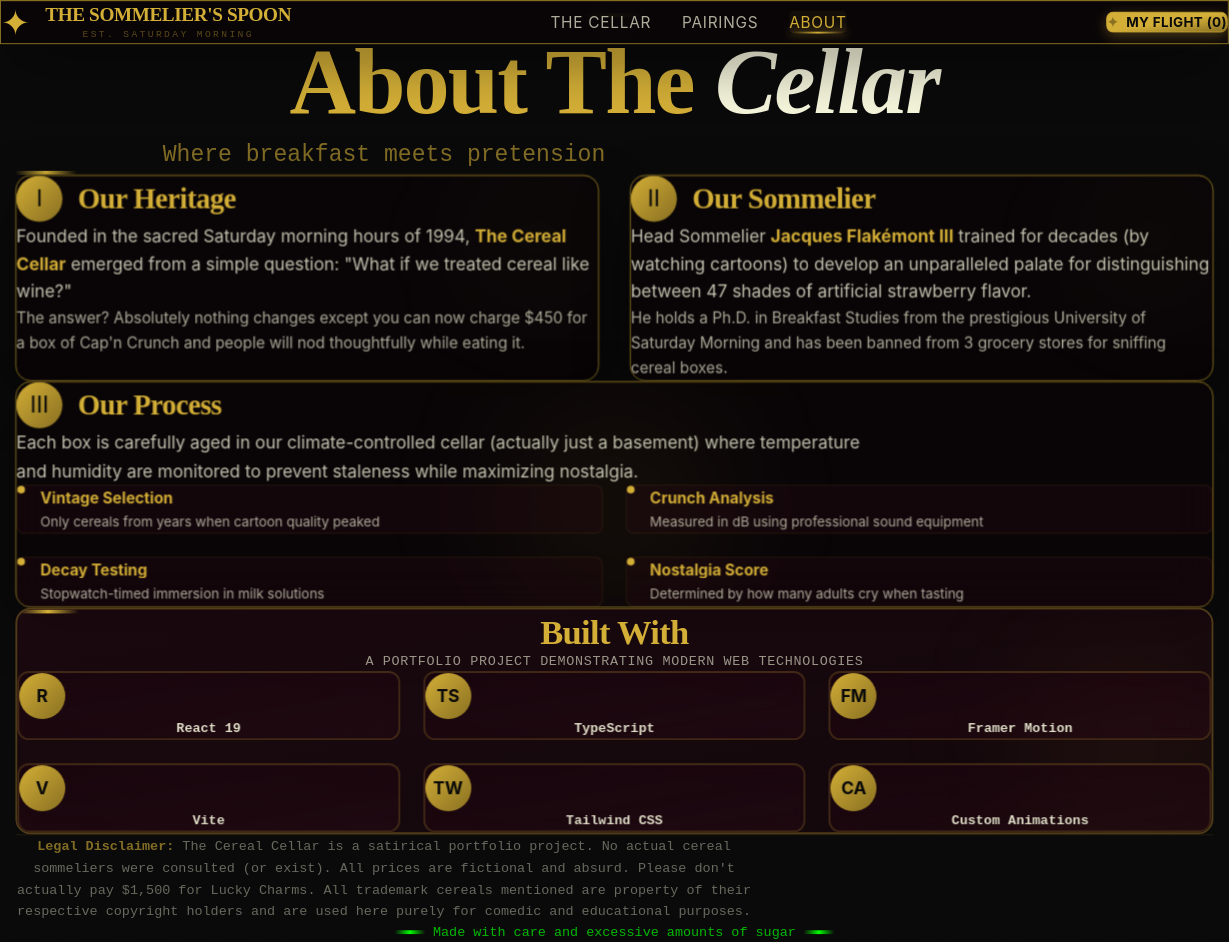
Repository: forbiddenlink/cereal-tasting
Page: /, after clicking the first element matching `div.hidden > :nth-child(3)`
These files come from the project's save history. The page is drawn as it stood at one moment and after the next save; the edit follows.
The browser window is 1280 px wide. The pictures show the whole page, at 96% of full size.
The project was rebuilt for these pictures with package versions that can differ from the ones it lists, and the page was loaded fresh each time. Also part of the build but not shown: vite.config.ts, src/data/milks.ts, src/components/MilkSelector.tsx, src/components/PairingCard.tsx, src/pages/PairingGuide.tsx, src/components/FloatingCart.tsx.

Above is the page before, as saved 2026-01-27 18:48:57.

After the next save:
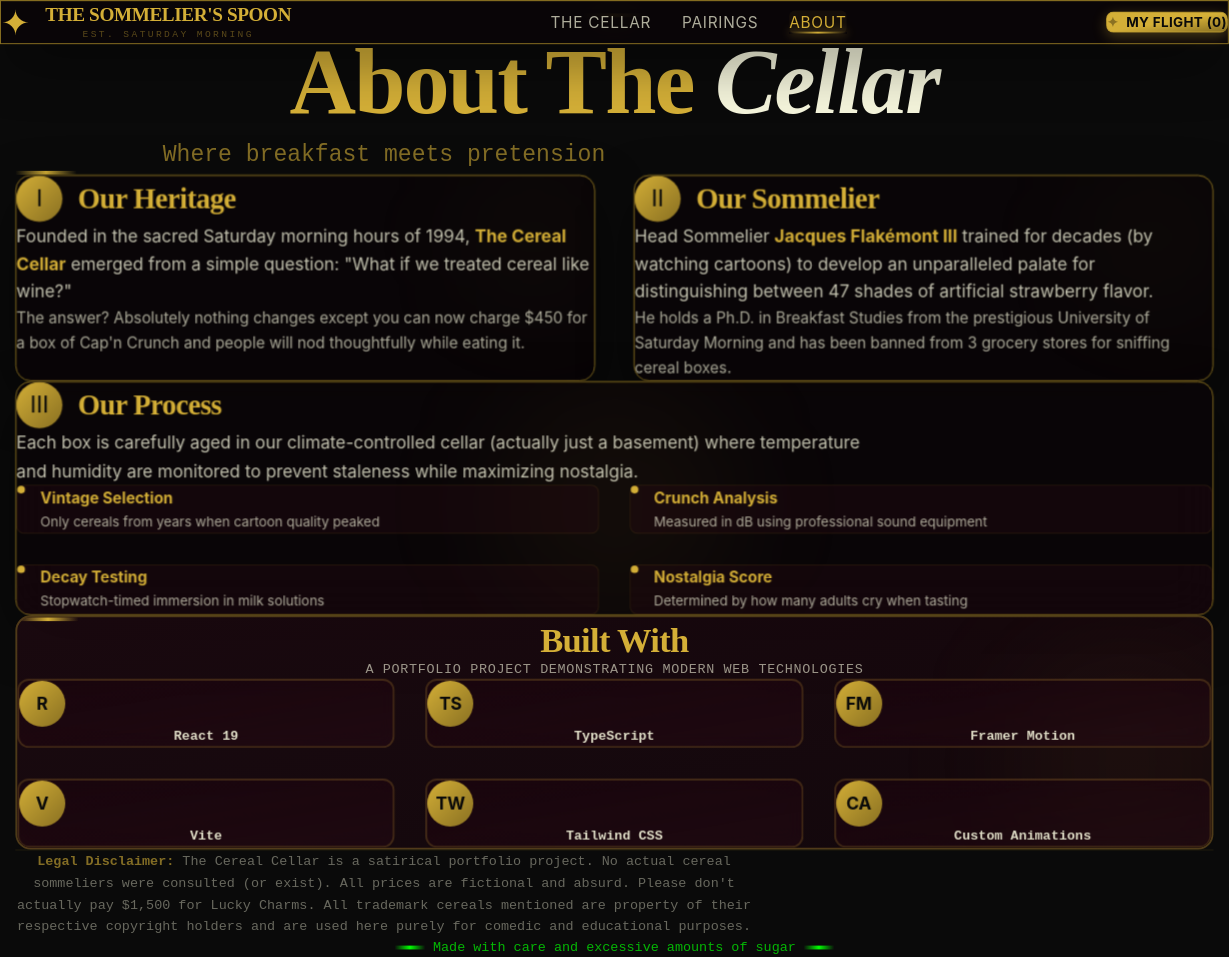
Saved 91 s later.
--- a/src/pages/About.tsx
+++ b/src/pages/About.tsx
@@ -25,7 +25,7 @@
                 </motion.div>
 
                 {/* Story Sections */}
-                <div className="grid grid-cols-1 lg:grid-cols-2 gap-8 mb-16">
+                <div className="grid grid-cols-1 lg:grid-cols-2 gap-10 mb-16">
                     {/* Section 1 - Heritage */}
                     <motion.div
                         initial={{ opacity: 0, y: 30 }}
@@ -102,7 +102,7 @@
                             Each box is carefully aged in our climate-controlled cellar (actually just a basement)
                             where temperature and humidity are monitored to prevent staleness while maximizing nostalgia.
                         </p>
-                        <div className="grid grid-cols-1 md:grid-cols-2 gap-6">
+                        <div className="grid grid-cols-1 md:grid-cols-2 gap-8">
                             {[
                                 { title: 'Vintage Selection', desc: 'Only cereals from years when cartoon quality peaked' },
                                 { title: 'Crunch Analysis', desc: 'Measured in dB using professional sound equipment' },
@@ -146,7 +146,7 @@
                             </p>
                         </div>
 
-                        <div className="grid grid-cols-2 md:grid-cols-3 gap-6">
+                        <div className="grid grid-cols-2 md:grid-cols-3 gap-8">
                             {[
                                 { name: 'React 19', abbr: 'R' },
                                 { name: 'TypeScript', abbr: 'TS' },
